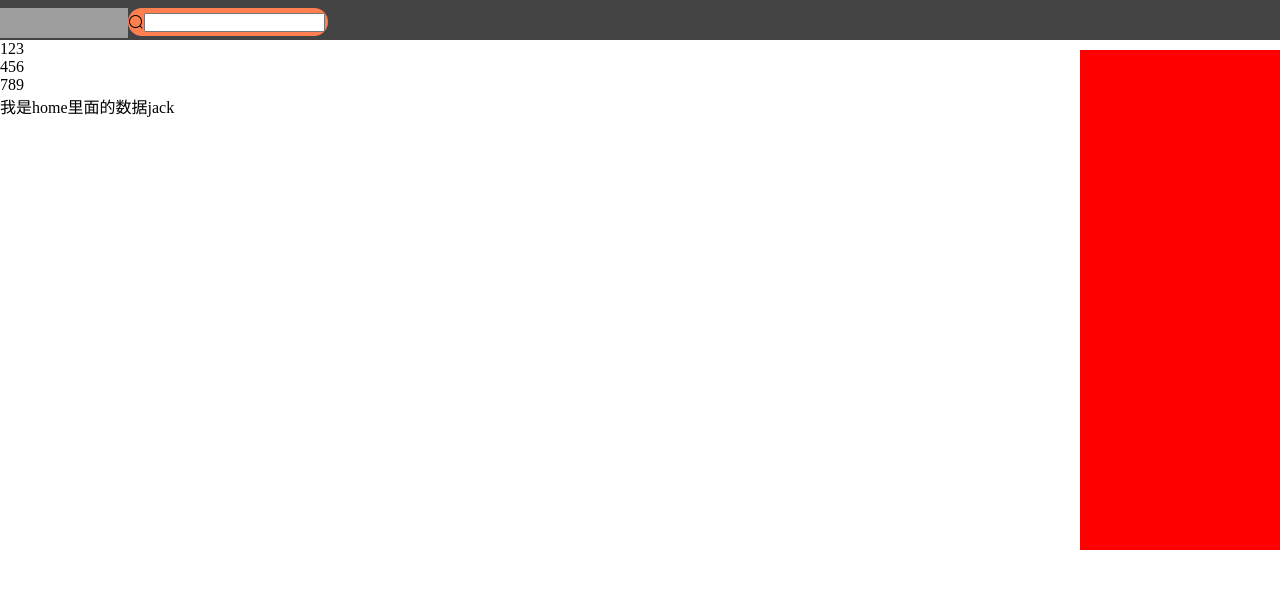
Repository: jinggegeZ/cnode
Page: /
These files come from the project's save history. The page is drawn as it stood at one moment and after the next save; the edit follows.
The browser window is 1280 px wide. The pictures show the whole page.
Pictures or frames that could not be fetched are drawn as grey boxes. The project was rebuilt for these pictures with package versions that can differ from the ones it lists, and the page was loaded fresh each time.

Above is the page before, as saved 2020-06-05 11:56:20.

After the next save:
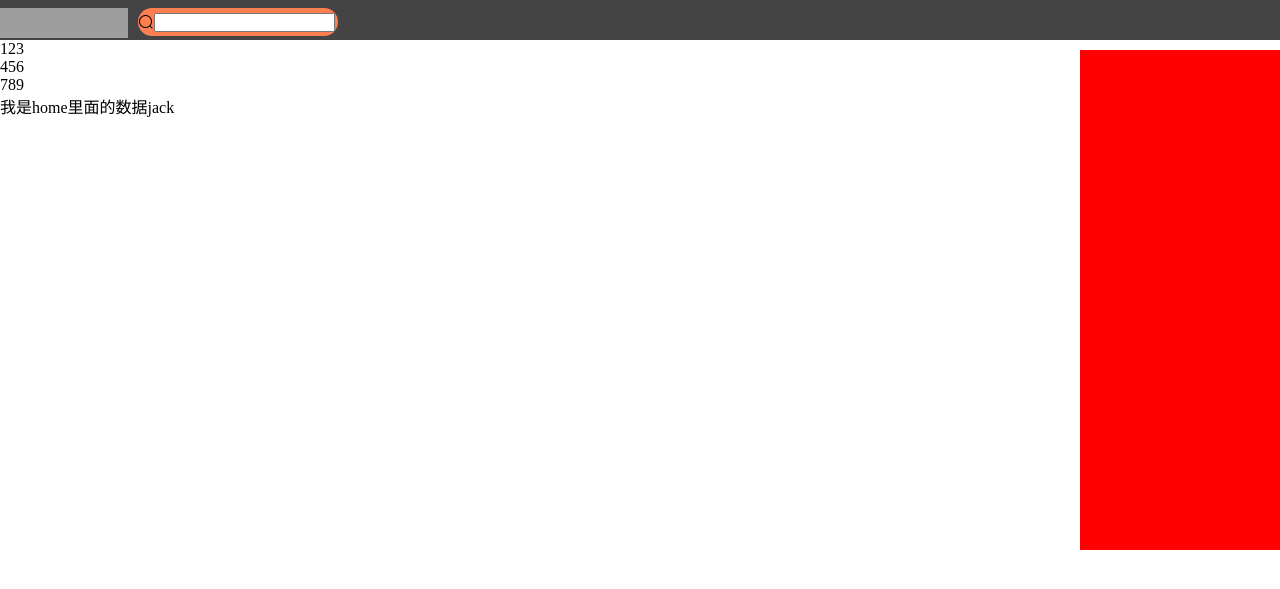
Saved 10 min 3 s later.
--- a/src/components/top/top.vue
+++ b/src/components/top/top.vue
@@ -60,6 +60,6 @@ export default {
   display: flex;
   align-items: center;
   background: coral;
-
+  margin-left: 10px;
 }
 </style>
